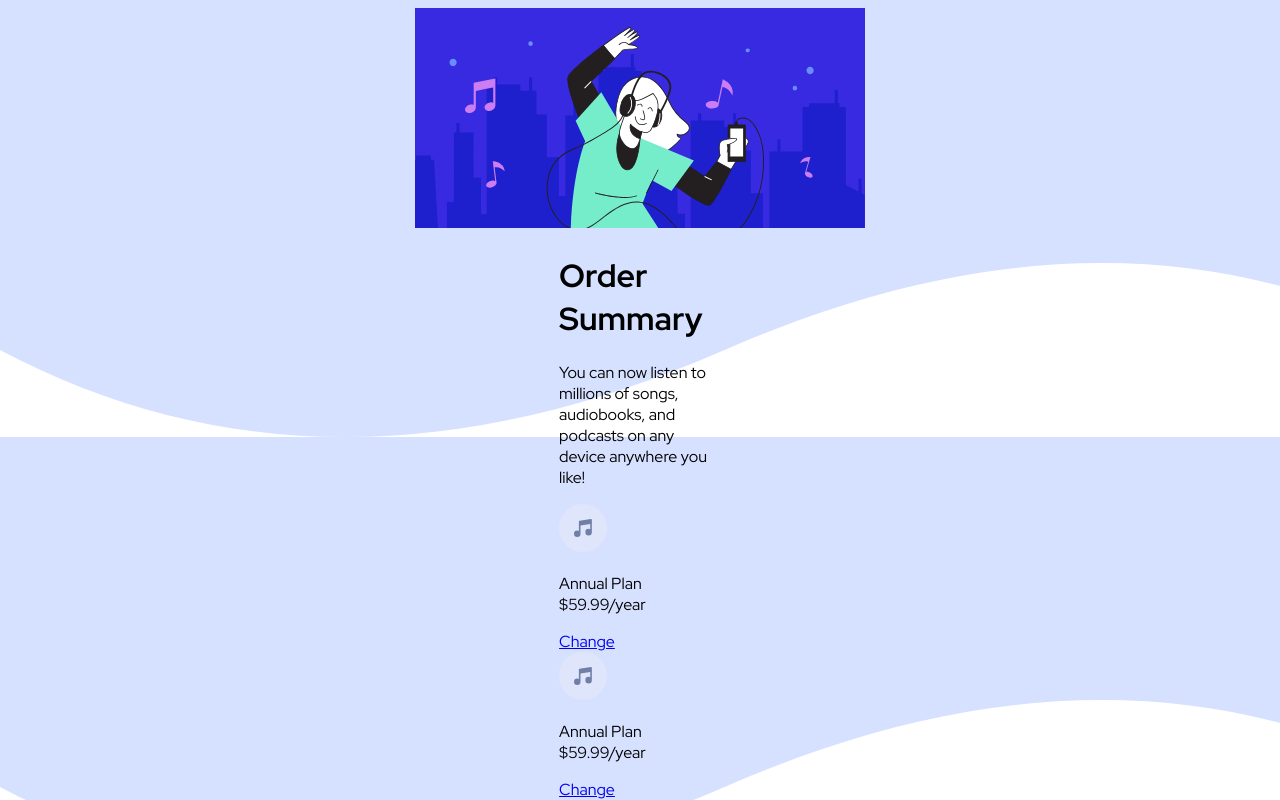
Repository: Pawan-pediredla/frontend-mentors
Page: order-summary-card/order-summary-component-main/markup/index.html
These files come from the project's save history. The page is drawn as it stood at one moment and after the next save; the edit follows.
The browser window is 1280 px wide. The pictures show the whole page.

Above is the page before, as saved 2024-06-22 12:12:32.

After the next save:
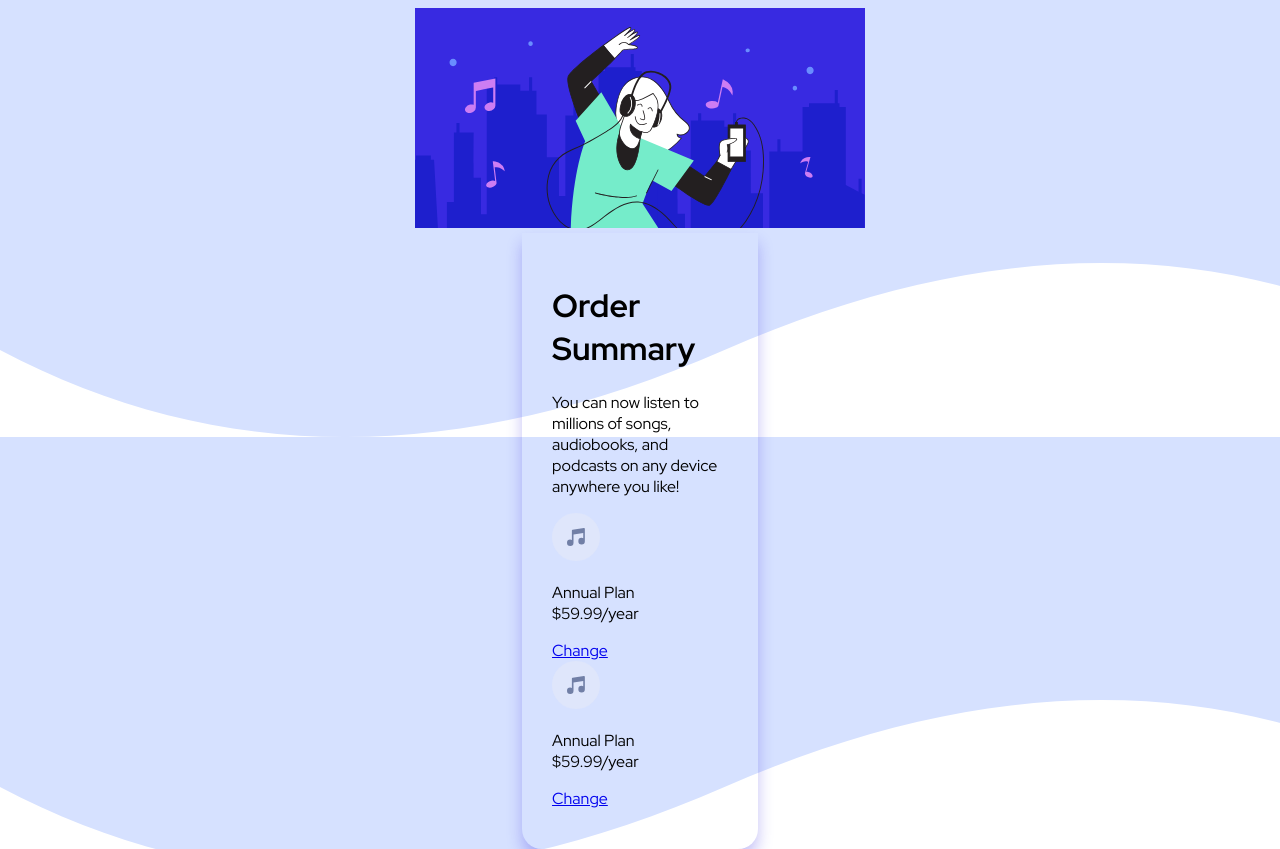
Saved 46 s later.
--- a/order-summary-card/order-summary-component-main/styling/index.css
+++ b/order-summary-card/order-summary-component-main/styling/index.css
@@ -31,4 +31,10 @@
         justify-content: center;
         align-items:center;
     width:  23.5%;
-    }
+
+    padding: 30px 30px;
+    padding-bottom: 40px;
+    border-bottom-left-radius: 20px;
+    border-bottom-right-radius: 20px;
+    box-shadow: 0px 10px 15px #3829e049;
+}
